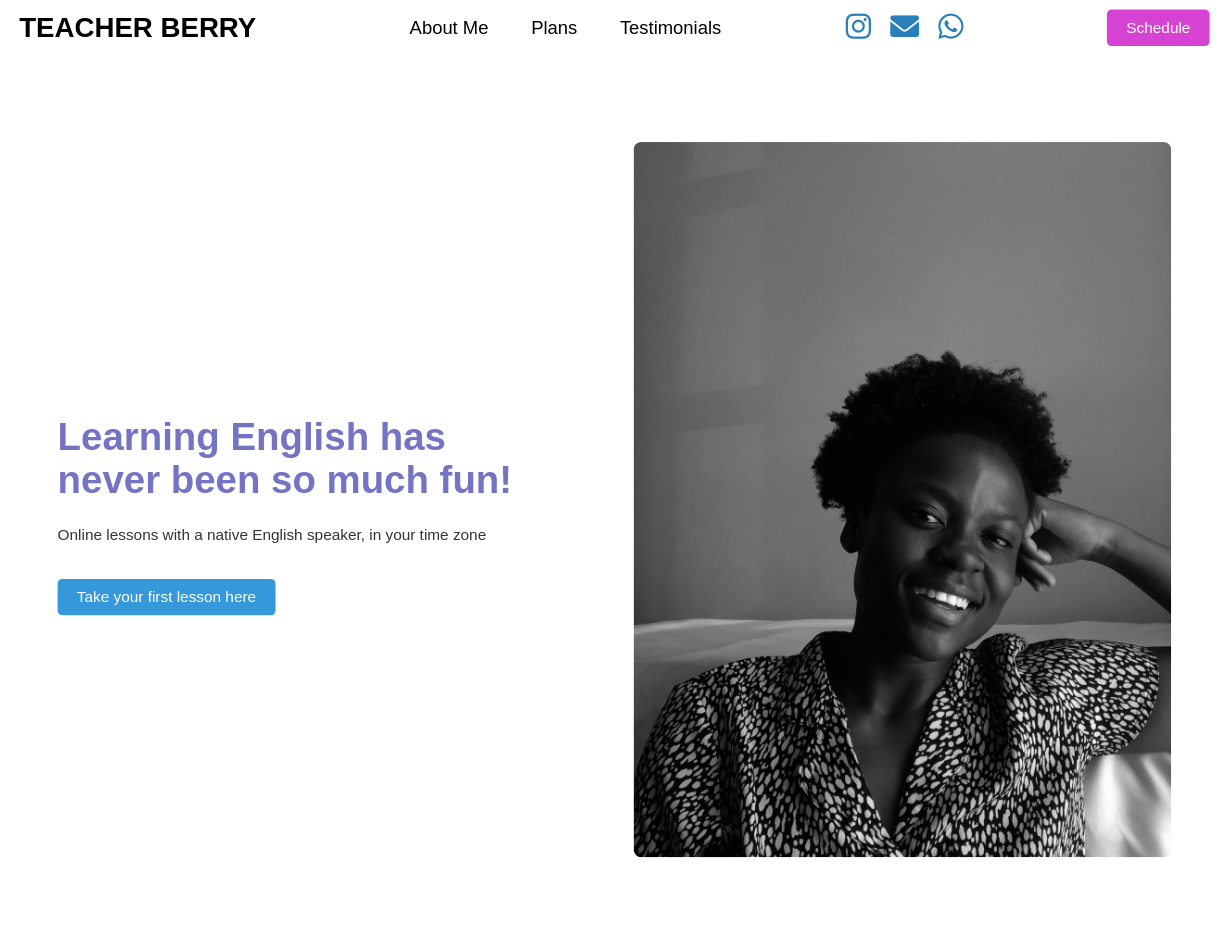
Repository: ntandomagana/esl-landing-page
Page: index.html
These files come from the project's save history. The page is drawn as it stood at one moment and after the next save; the edit follows.
The browser window is 1280 px wide. The pictures show the whole page, at 96% of full size.

Above is the page before, as saved 2024-07-16 23:48:33.

After the next save:
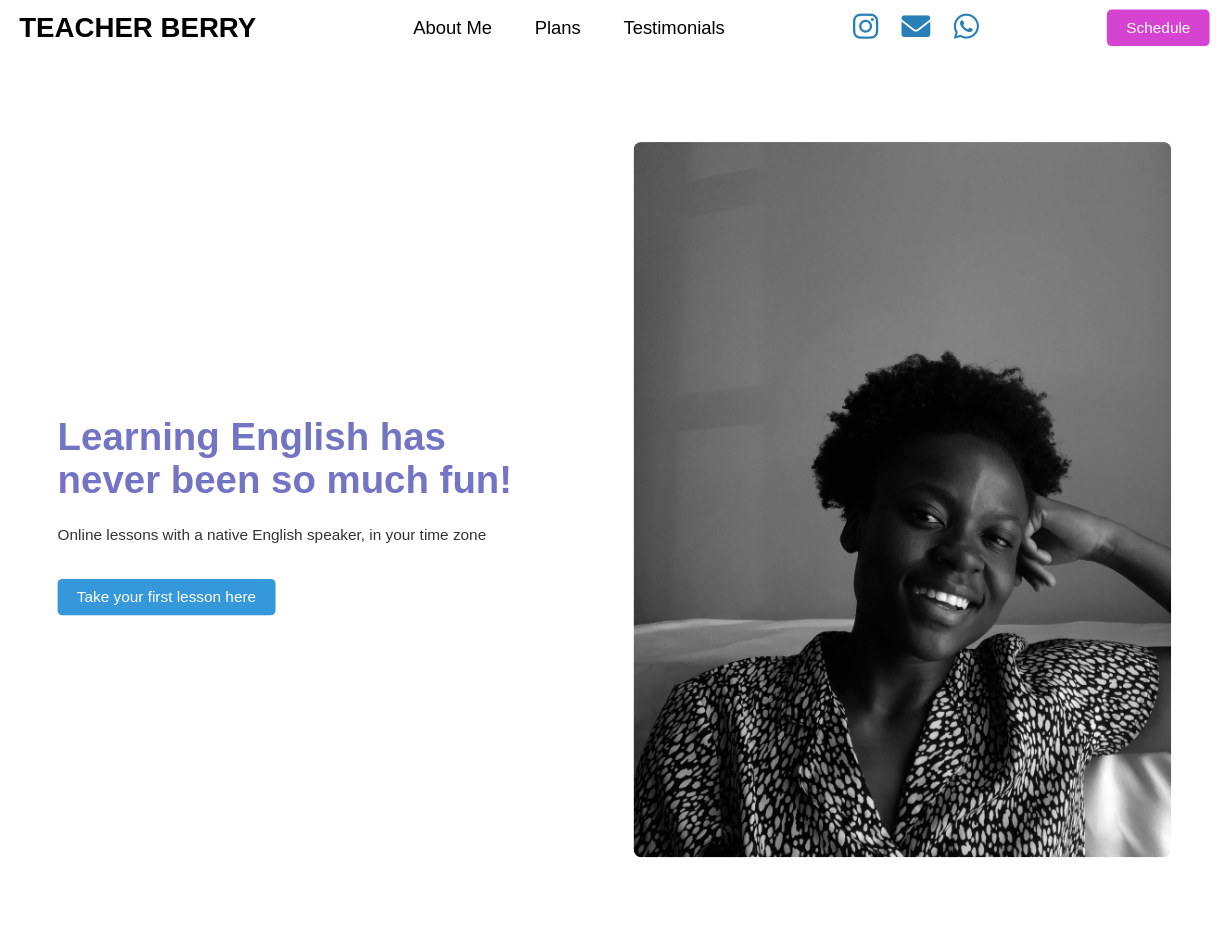
Saved 40 s later.
--- a/index.css
+++ b/index.css
@@ -46,6 +46,8 @@
     text-decoration: none;
     font-size: 1.2rem;
 }
+
+nav ul li a
 
 .social-links {
     display: flex;

After the 6 saves that followed:
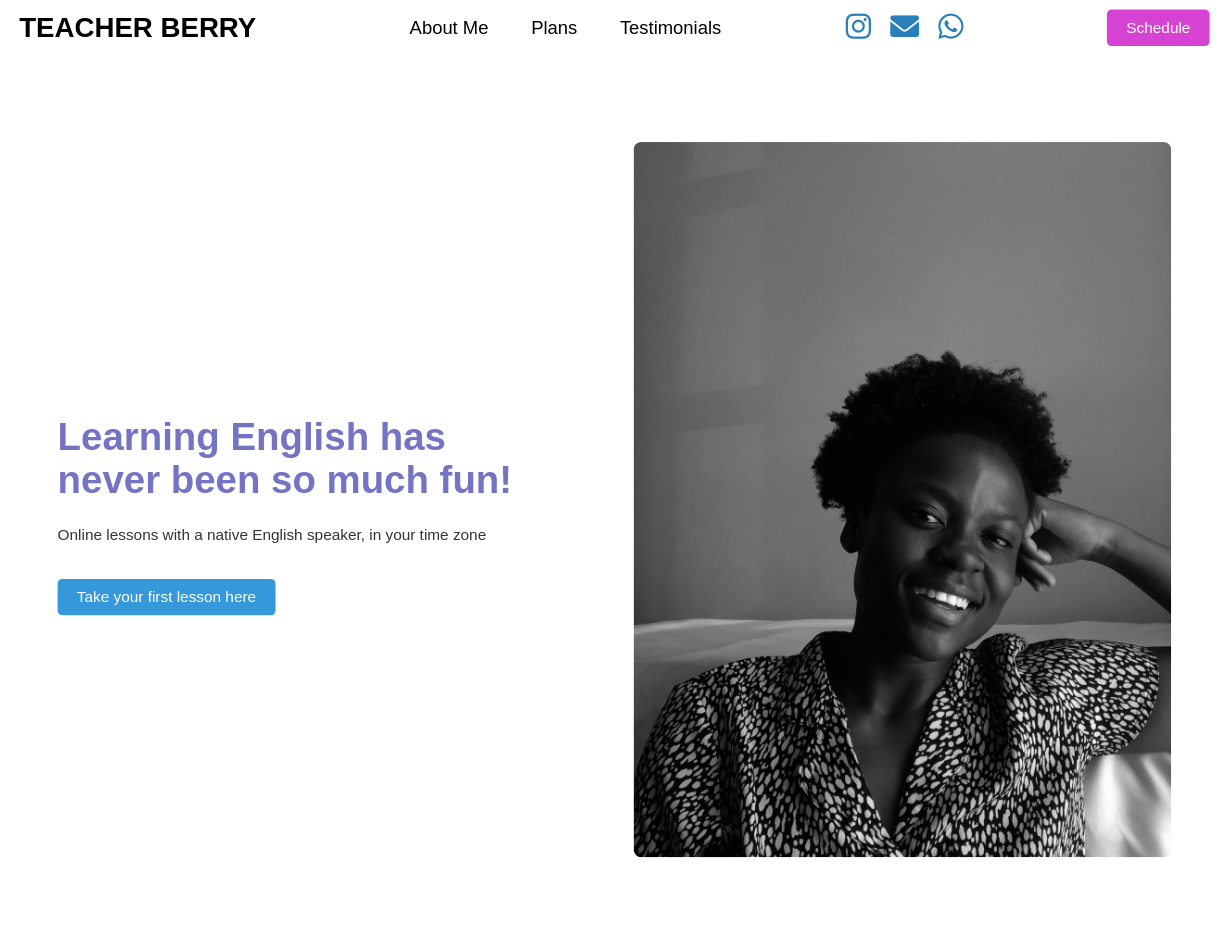
The 6 saves are shown as one change because they came seconds apart.
The last was saved 12 s later.
--- a/index.css
+++ b/index.css
@@ -47,7 +47,9 @@
     font-size: 1.2rem;
 }
 
-nav ul li a
+nav ul li a:hover {
+    color: #d642d2;
+}
 
 .social-links {
     display: flex;
